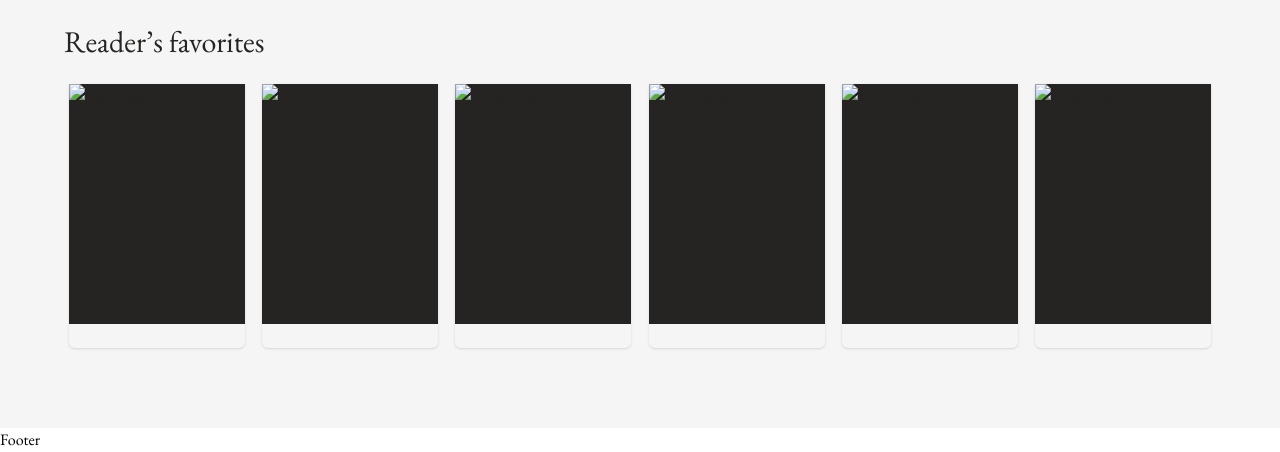
Repository: Pradnya-07/Pradnya-s_Library
Page: / (app in frontend/)
These files come from the project's save history. The page is drawn as it stood at one moment and after the next save; the edit follows.
The browser window is 1280 px wide. The pictures show the part of the page from y = 740 to 1233 px (the page is 1192 px tall before and 1233 px after).
The page's requests for data from a server got no answer. The project was rebuilt for these pictures with package versions that can differ from the ones it lists, and the page was loaded fresh each time. No one was signed in, and anything a server would have sent is missing. Also part of the build but not shown: frontend/vite.config.js, frontend/src/pages/login.jsx, frontend/src/pages/signup.jsx, frontend/src/pages/addbook.jsx, frontend/src/providers/RedirectAuthenticatedUsers.jsx, frontend/src/providers/RedirectUnauthenticatedUsers.jsx. Imported but missing from the stored project, and not drawn on this page: frontend/src/assets/bg_video.mp4.

Above is the page before, as saved 2025-03-02 00:22:00.

### frontend/src/main.jsx
import { BrowserRouter } from 'react-router'
import { StrictMode } from 'react'
import { createRoot } from 'react-dom/client'
import './index.css'
import App from './App.jsx'

createRoot(document.getElementById('root')).render(
  <StrictMode>
    <BrowserRouter>
      <App />
      </BrowserRouter>
  </StrictMode>,
)

### frontend/src/index.css
@import url("https://fonts.googleapis.com/css2?family=EB+Garamond:ital,wght@0,400..800;1,400..800&display=swap");

@import "tailwindcss";

* {
    font-family: "EB Garamond", serif;
    font-optical-sizing: auto;
    font-style: normal;
  }

### frontend/src/App.jsx
import { Route, Routes } from "react-router"
import { useState, useEffect } from 'react'
import Homepage from './pages/homepage'
import Loginpage from './pages/login'
import Signuppage from './pages/signup'
import Navbar from "./components/navbar"
import Addbook from "./pages/addbook"
import { Toaster } from "react-hot-toast"
import { useAuthStore } from "./store/authStore";
import RedirectAuthenticatedUser from "./providers/RedirectAuthenticatedUsers"
import RedirectUnauthenticatedUser from "./providers/RedirectUnauthenticatedUsers"
import Footer from "./components/footer"

function App() {

  const { fetchUser, fetchingUser } = useAuthStore();

  useEffect(() => {
    fetchUser();
  }, [fetchUser]);

  if (fetchingUser) {
    return <p>Loading...</p>;
  }
  return (
    <>
      <Toaster />
      <Navbar />
      <Routes>
        <Route path={"/"} element={<Homepage />} />
        <Route path={"/login"} element={<RedirectAuthenticatedUser>
          <Loginpage />
        </RedirectAuthenticatedUser>} />
        <Route path={"/signup"} element={<RedirectAuthenticatedUser>
          <Signuppage />
        </RedirectAuthenticatedUser>} />
        <Route path={"/add-book"} element={<RedirectUnauthenticatedUser>
          <Addbook />
        </RedirectUnauthenticatedUser>} />
      </Routes>
      <Footer />
    </>
  )
}

export default App

### frontend/src/pages/homepage.jsx
import Hero from '../components/hero'
import BookList from '../components/booklist'

const Homepage = () => {
  return (
    <div>
      <Hero />
      <BookList />
    </div>
  );
};

export default Homepage;

### frontend/src/components/navbar.jsx
import { React } from 'react'
import { Link } from "react-router"
import { useAuthStore } from '../store/authStore'
import toast from 'react-hot-toast';


const Navbar = () => {
    const { user, logout } = useAuthStore();
    console.log("User:", user);

    const handleLogout = async () => {
        const { message } = await logout();
        toast.success(message);
    }
    return (
        <nav className="bg-[#252422] flex justify-between items-center text-[#FFFCF2] px-4 md:px-12 py-4 md:py-6 ">
            <Link to={"/"}>
                <label className="font-semibold tracking-wider md:text-lg lg:text-xl cursor-pointer">FavLib</label>
            </Link>

            {user ? (
                <div className="flex items-center space-x-5 md:text-lg">
                    <Link to={"/add-book"}>
                        <p className="bg-[#403D39] px-3 py-2">Add Book</p>
                    </Link>

                    <p onClick={handleLogout}>Logout({user.username})</p>
                </div>
            ) : (
                <div className="flex items-center space-x-5 md:text-lg">
                    <Link to={"/login"}>Add Book</Link>
                    <Link to={"/login"}>Login</Link>
                    <Link to={"/signup"}>
                        <button className="bg-[#403D39] px-3 py-2">Sign up</button></Link>
                </div>
            )}
        </nav>

    )
}

export default Navbar

### frontend/src/store/authStore.js
import { create } from "zustand";
import axios from "axios";


const API_URL = "http://localhost:4000/api";
axios.defaults.withCredentials = true;

export const useAuthStore = create((set) => ({
    // initial states
    user: null,
    isLoading: false,
    error: null,
    message: null,
    fetchingUser: true,

    //functions

    signup: async (username, email, password) => {
        set({ isLoading: true, message: null, error: null });

        try {
            const response = await axios.post(`${API_URL}/signup`,
                { username, email, password, },
                { headers: { "Content-Type": "application/json" } });

            set({ user: response.data.user, isLoading: false, message: response.data.message });

        } catch (error) {
            console.error("Signup error:", error.response?.data);

            set({
                isLoading: false,
                error: error.response.data.message || "Error signing up.",
            });
            throw error;
        }
    },

    login: async (email, password) => {
        set({ isLoading: true, message: null, error: null });

        try {
            console.log("Sending request with in login function:", { email, password });
            const response = await axios.post(`${API_URL}/login`,
                { email, password });
            const { user, message } = response.data;
            set({ user, isLoading: false, message });
            return { user, message };

        } catch (error) {
            //console.error("Login error:", error.response.data);

            set({
                isLoading: false,
                error: error.response.data.message || "Error Logging in.",
            });
            throw error;
        }
    },


    fetchUser: async () => {
        set({ fetchingUser: true, error: null });

        try {
            const response = await axios.get(`${API_URL}/fetch-user`);

            set({ user: response.data.user, fetchingUser: false });

        } catch (error) {
            set({
                fetchingUser: false,
                error: null,
                user: null,
            });
            throw error;
        }
    },

    logout: async () => {
        set({ isLoading: true, error: null, message: null });
        try {
            const response = await axios.post(`${API_URL}/logout`);

            const { message } = response.data;

            set({ message, isLoading: false, user: null, error: null });

            return { message };
        } catch (error) {
            set({
                isLoading: false,
                error: error.response.data.message || "Error Logging out.",
            });
            throw error;
        }
    }
}));

### frontend/src/components/footer.jsx
const Footer = () => {
    return (
        <div>Footer</div>
    )
}

export default Footer;

### frontend/src/components/hero.jsx
import BgVideo from "../assets/bg_video.mp4";

const Hero = () => {
    return (
        <div className="relative h-[75vh] lg:h-[90vh] text-[#FFFCF2] px-4 md:px-12 overflow-hidden">

            <div className="bg-[#252422] w-full h-full absolute top-0 left-0 opacity-80 -z-10"></div>
            <div className="absolute inset-0 -z-20">
                <video className="object-cover object-center w-full h-full"
                    autoPlay loop muted>
                    <source src={BgVideo} type="video/mp4" />
                </video>
            </div>

            <div className="w-full h-full flex flex-col justify-center items-center !z-50">
            <h1 className="text-3xl md:text-4xl lg:text-6xl pb-8 lg:pb-12 text-center max-w-5xl -mt-20">
          Share your <span className="text-[#EB5E28]">favorite</span> books and{" "}
          <span className="text-[#EB5E28]">discover</span> new ones from readers
          like you.
        </h1>

        <form  className="relative w-full max-w-sm md:max-w-xl lg:max-w-3xl text-base lg:text-lg">
            <input type="text"  className="w-full px-3 py-1.5 md:py-2 text-[#252422] rounded-lg placeholder:text-gray-600 bg-[#FFFCF2]"/>

            <button placeholder="Type anything to search here"
             className="absolute right-0 top-0 bottom-0 bg-[#403D39] px-4 border border-white transitionfont-semibold rounded-r-lg">Search</button>
        </form>
            </div>
        </div>
    )
}

export default Hero;

### frontend/src/components/booklist.jsx

import { Link } from "react-router";
const BookList = () => {

    const books = ["", "", "", "", "", ""];
    return (

        <div className="text-[#252422] bg-[#f5f5f5] px-4 md:px-12 pb-20">
            <h1 className="py-6 text-xl md:text-2xl lg:text-3xl w-full mx-auto max-w-6xl">
                Reader&rsquo;s favorites
            </h1>

            <div className="flex flex-wrap justify-around space-x-2 gap-y-5 lg:gap-y-8 w-full max-w-6xl mx-auto">
                {books.map((book, index) => (
                    <Link key={index} to={`/book/${book._id}`}>
                        <div className="cursor-pointer w-[9rem] md:w-[10.5rem] xl:w-[11rem] shadow-sm hover:shadow-md rounded-b-md">
                            <div className="min-w-[9rem] md:min-w-[10.5rem] xl:min-w-[11rem] h-[12rem] md:h-[13.5rem] lg:h-[13rem] xl:h-[15rem] bg-[#252422]">
                                <img
                                    src={book.image}
                                    alt="book_img"
                                    className="min-w-[9rem] md:min-w-[10.5rem] xl:min-w-[11rem] h-[12rem] md:h-[13.5rem] lg:h-[13rem] xl:h-[15rem] object-cover object-center"
                                />
                            </div>

                            <div className="p-2 flex flex-col">
                                <h2 className="flex-1 mb-2 font-semibold text-base md:text-lg">
                                    {book.title}
                                </h2>
                                <p className="text-sm md:text-base">{book.author}</p>
                            </div>
                        </div>
                    </Link>
                ))}
            </div>
        </div>
    )
}

export default BookList;

Loaded but not shown: frontend/index.html (common file)

After the next save:
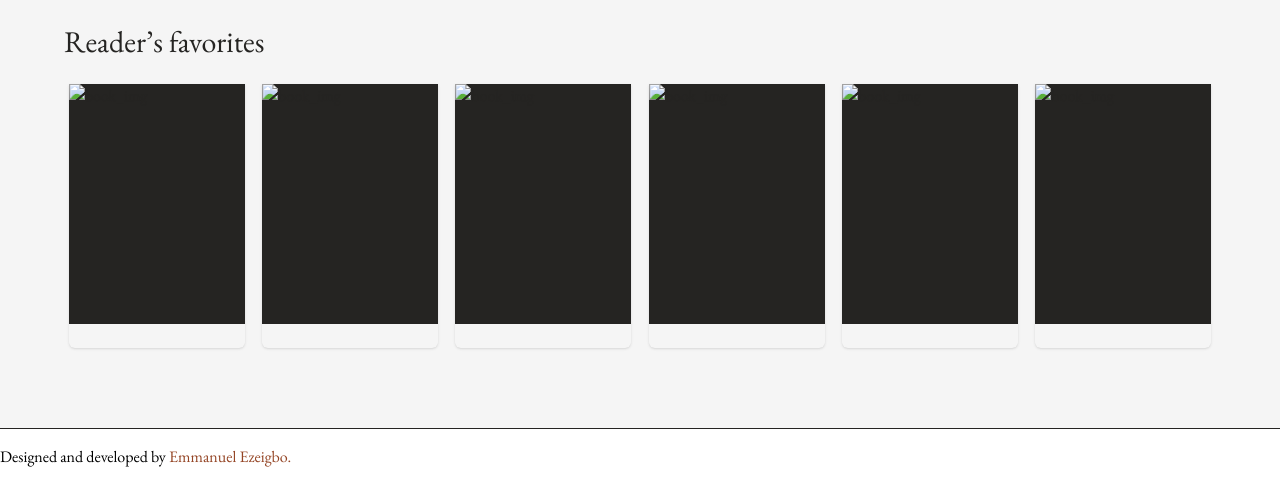
Saved 3 min 23 s later.
--- a/frontend/src/components/footer.jsx
+++ b/frontend/src/components/footer.jsx
@@ -1,6 +1,14 @@
+import { Link } from "react-router";
 const Footer = () => {
     return (
-        <div>Footer</div>
+        <div>
+              <h3 className="border-t border-[#252422] pt-4 pb-6 italic">
+        Designed and developed by{" "}
+        <Link to={"https://zgboportfolio.vercel.app"} target="_blank" className="text-[#944424]">
+          Emmanuel Ezeigbo.
+        </Link>
+      </h3>
+        </div>
     )
 }
 
